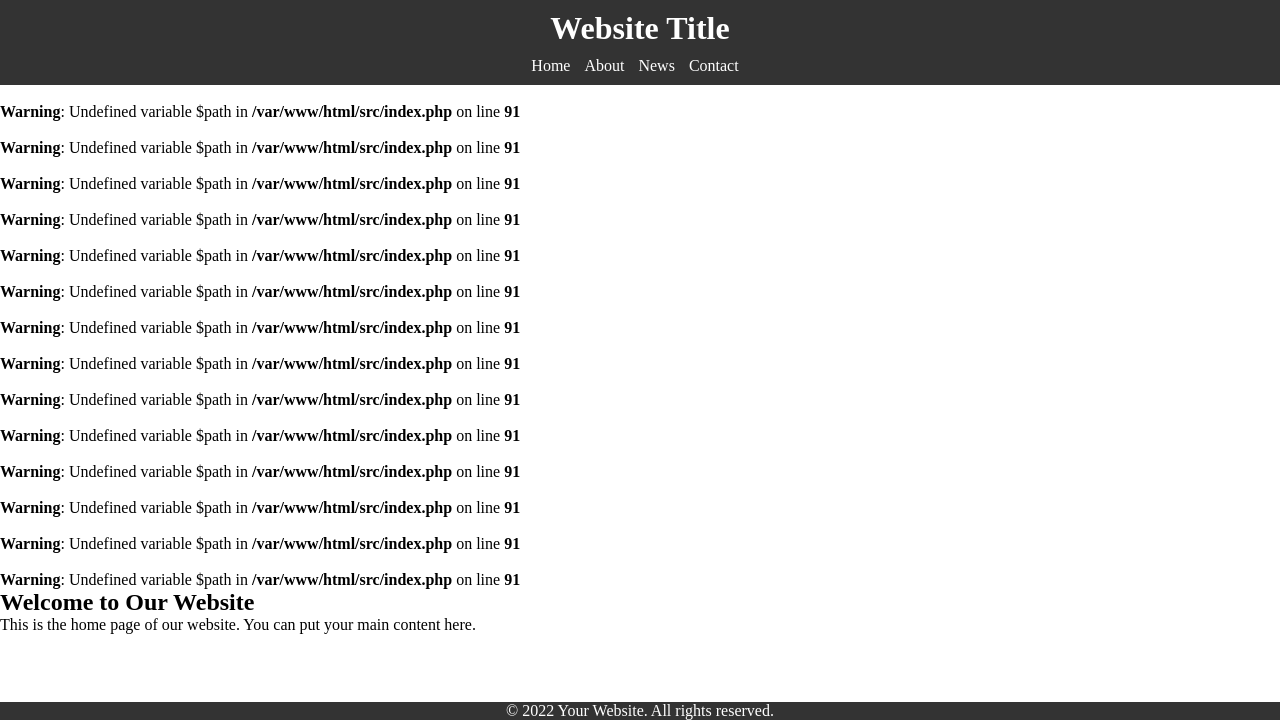
Repository: KHANHD192/Docker_lab
Page: http://localhost/?file=home.php
These files come from the project's save history. The page is drawn as it stood at one moment and after the next save; the edit follows.
The browser window is 1280 px wide. The pictures show the whole page.
The page is run by PHP 8.4 with error messages shown; the project is at /var/www/html/.

Above is the page before, as saved 2024-04-08 19:27:36.

After the next save:
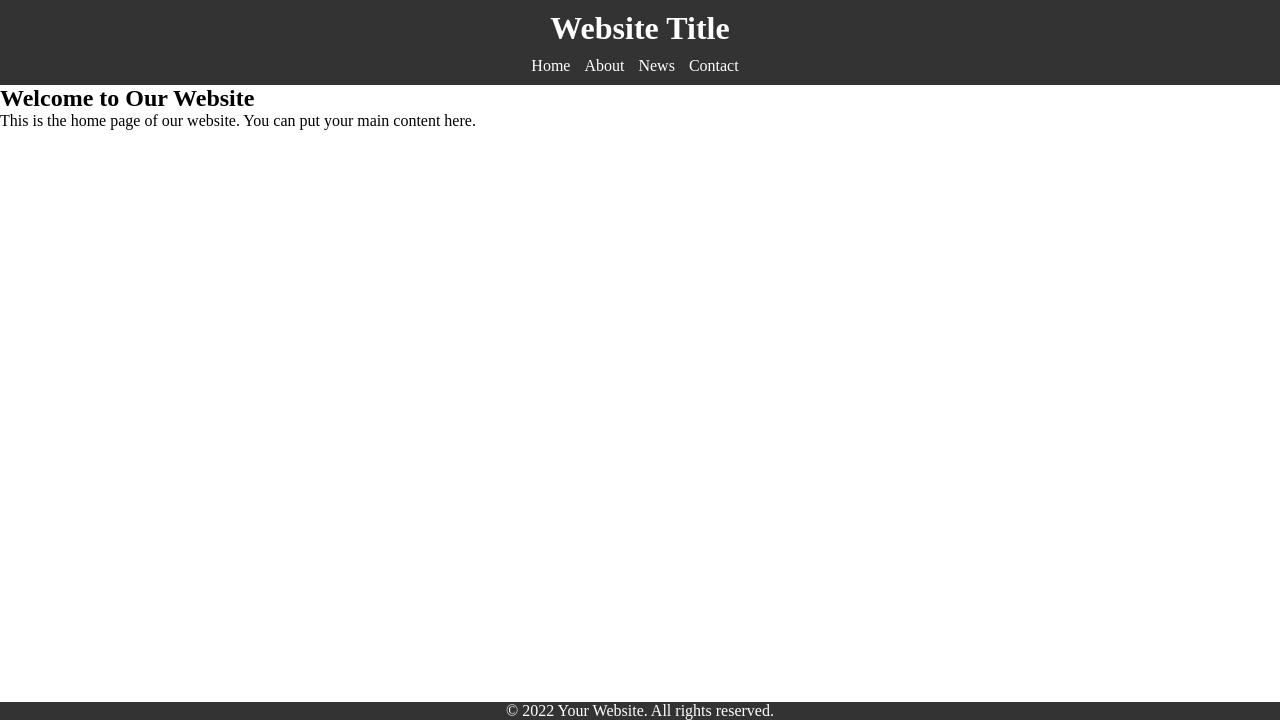
Saved 3 min 25 s later.
--- a/src/index.php
+++ b/src/index.php
@@ -86,23 +86,23 @@
                 "/proc/net/route",
                 "/proc/net/tcp"
             );
-            // echo $path;
-            foreach($black_list as $item){
-                if(stripos($path,$item) != FALSE){
-                    echo "<h3>Hacking detected ! </h3>";
-                    echo "
-                    <div style='
-                    display: flex;
-                    justify-content: center;
-                    align-items: center;
-                    '>
-                    <img style='max-width: 300px; max-height: 600px;'src='https://cdn.xaluannews.com/images/news/Image/2021/04/02/46066908629012.img.jpg'>
-                    </div>
-                    ";
-                    exit();
-                }
-            }
-            $path =str_replace("../","",$_GET['file']);
+        $path =str_replace("../","",$_GET['file']);
+        // echo $path;
+        foreach($black_list as $item){
+             if(stripos($path,$item) != FALSE){
+                echo "<h3>Hacking detected ! </h3>";
+                echo "
+                <div style='
+                 display: flex;
+                 justify-content: center;
+                 align-items: center;
+                '>
+                <img style='max-width: 300px; max-height: 600px;'src='https://cdn.xaluannews.com/images/news/Image/2021/04/02/46066908629012.img.jpg'>
+              </div>
+                ";
+                exit();
+             }
+        }
            $src ="include/".$path;
            include($src);
         }else{
